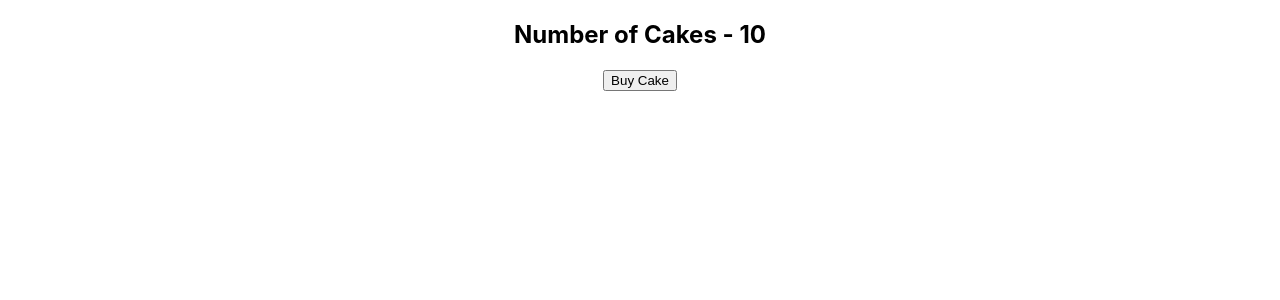
Repository: hardikaureate/react-redux-demo-axios
Page: /
These files come from the project's save history. The page is drawn as it stood at one moment and after a run of saves; the edit follows.
The browser window is 1280 px wide. The pictures show the whole page.
The project was rebuilt for these pictures with package versions that can differ from the ones it lists, and the page was loaded fresh each time.

Above is the page before, as saved 2020-10-31 18:33:36.

### src/App.js

import './App.css';
import { Provider } from 'react-redux'
import store from './redux/store'
import CakeContainer from './components/CakeContainer';

function App() {
  return (
    <Provider store={store}>
    <div className="App">
      <CakeContainer />
    </div>
    </Provider>
  );
}

export default App;

### src/redux/store.js
import { createStore } from 'redux'
import cakeReducer from './cake/cakeReducer'

const store = createStore(cakeReducer)

export default store

### src/components/CakeContainer.js
import React from 'react'
import {connect} from 'react-redux'
import { buyCake } from '../redux'

function CakeContainer(props) {
    return (
        <div>
            <h2>Number of Cakes - {props.numOfCakes}</h2>
            <button onClick={props.buyCake}>Buy Cake</button>
        </div>
    )
}

const mapStateTOProps = state => {
    return{
        numOfCakes: state.numOfCakes
    }
}

const mapDispatchToProps = dispatch => {
    return {
        buyCake: () => dispatch(buyCake())
    }
}

export default connect(mapStateTOProps, mapDispatchToProps)(CakeContainer)

### src/redux/cake/cakeReducer.js
import {BUY_CAKE} from './cakeTypes'

const initialState = {
    numOfCakes: 10
}
const cakeReducer = (state = initialState, action) => {
    switch(action.type) {
        case BUY_CAKE: return {
            ...state,
            numOfCakes: state.numOfCakes - 1
        }
        default:return state
    }
}
export default cakeReducer

### src/redux/index.js
export { buyCake } from './cake/cakeActions'

### src/redux/cake/cakeActions.js
import {BUY_CAKE} from './cakeTypes'

export const buyCake = () => {
    return {
        type: BUY_CAKE
    }
}

### src/components/HooksCakeContainer.js
import React from 'react'
import { useSelector } from 'react-redux'

function HooksCakeContainer() {
    const numOfCakes =  useSelector(state => state.numOfCakes)
    return (
        <div>
            <h2>Num of Cakes - {numOfCakes} </h2>
            <button>Buy Cakes</button>
        </div>
    )
}

export default HooksCakeContainer

Loaded but not shown: public/index.html (common file); src/index.js (common file); src/index.css (common file); src/reportWebVitals.js (common file); src/App.css (common file); src/redux/cake/cakeTypes.js (common file)

After the next 2 saves:
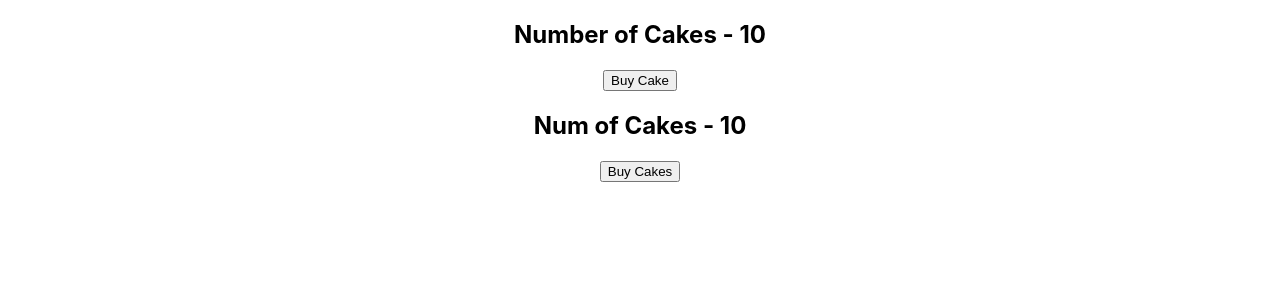
The 2 saves are shown as one change because 1 did not build or start.
The last was saved 23 s later.
--- a/src/App.js
+++ b/src/App.js
@@ -3,12 +3,14 @@ import './App.css';
 import { Provider } from 'react-redux'
 import store from './redux/store'
 import CakeContainer from './components/CakeContainer';
+import HooksCakeContainer from './components/HooksCakeContainer';
 
 function App() {
   return (
     <Provider store={store}>
     <div className="App">
       <CakeContainer />
+      <HooksCakeContainer />
     </div>
     </Provider>
   );
